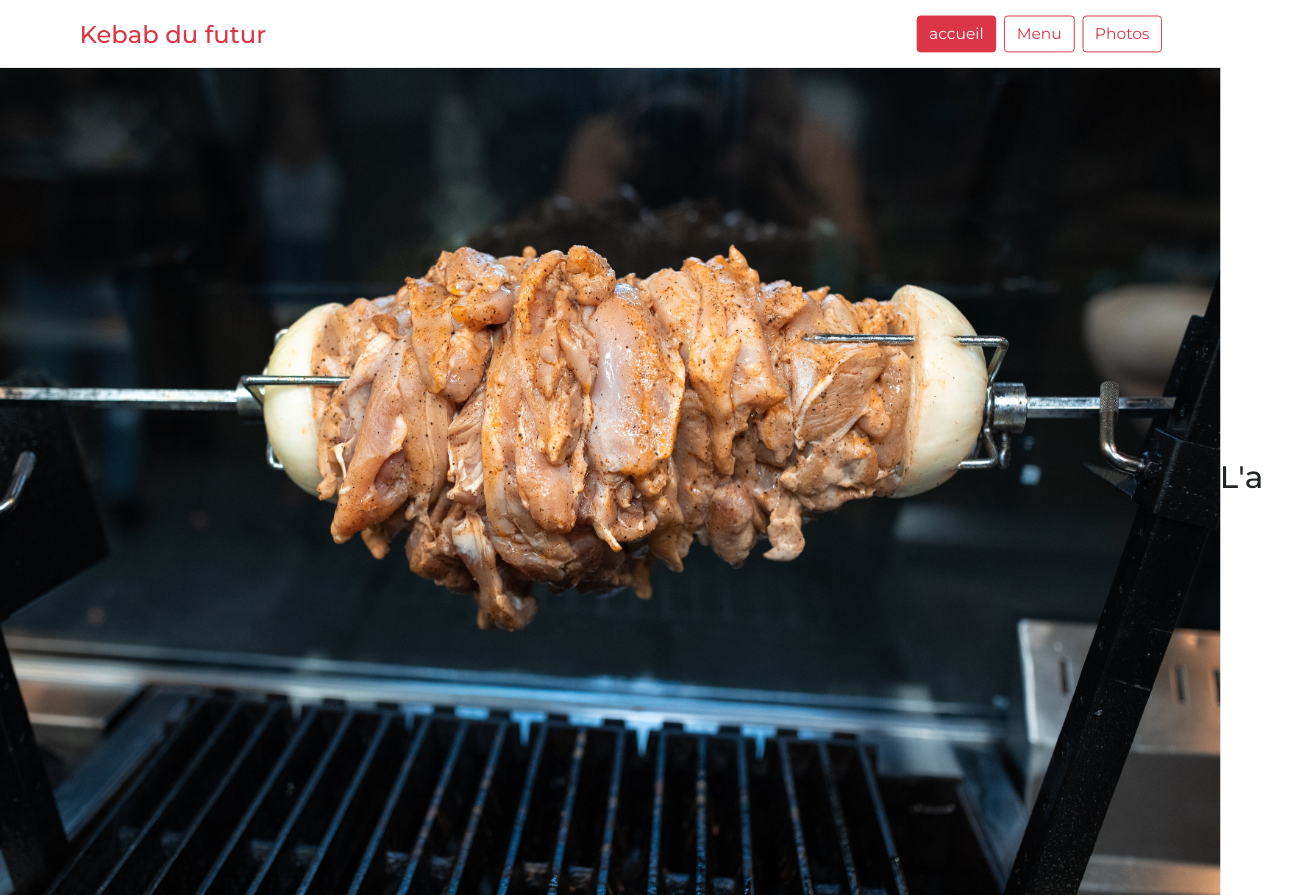
Repository: phbord/THP-js-exercices-manipulation-DOM
Page: index.html
The author's editor kept a copy of each file at every save. The page is drawn from the files as they stood at one save, then again after the next save.
The browser window is 1280 px wide. The page is 1302 px wide, then 1343 px, so the pictures cover 1343 px, including what lies to the right of the window. The pictures show the whole page, at 97% of full size.

Above is the page before, as saved 2021-07-19 11:11:18.

### index.html
<!DOCTYPE HTML>
<html lang="fr">
    <head>
        <title></title>
        <meta charset="utf-8">
        <link href="https://cdn.jsdelivr.net/npm/bootstrap@5.0.2/dist/css/bootstrap.min.css"
                rel="stylesheet"
                integrity="sha384-EVSTQN3/azprG1Anm3QDgpJLIm9Nao0Yz1ztcQTwFspd3yD65VohhpuuCOmLASjC"
                crossorigin="anonymous">
        <link rel="stylesheet" href="./styles/main.css">
    </head>
    <body>
        <!-- HEADER -->
        <header class="py-3">
            <nav class="container d-flex align-items-center justify-content-between">
                <div class="me-5" href="#">
                    <h1 class="text-danger">Kebab du futur</h1>
                </div>
                <ul class="d-flex">
                    <li class="me-2">
                        <a class="btn btn-danger" href="#">accueil</a>
                    </li>
                    <li class="me-2">
                        <a class="btn btn-outline-danger" href="#">Menu</a>
                    </li>
                    <li>
                        <a class="btn btn-outline-danger" href="#">Photos</a>
                    </li>
                </ul>
            </nav>
        </header>

        <!-- ACCUEIL -->
        <section class="d-flex justify-content-center align-items-center">
            <img src="./img/i_home.jpeg" alt="" class="img-fluid">
            <h2>L'a</h2>
        </section>

        <!-- MENU -->

        <!-- PHOTOS -->


        <!-- SCRIPTS -->
        <script src="./scripts/main.js"></script>
    </body>
</html>

### styles/main.css
@import url('https://fonts.googleapis.com/css2?family=Montserrat:wght@100;200;300;400;500;600;700;800;900&display=swap');

body {
    font-family: Montserrat;
}

ul,li {
    margin: 0;
    padding: 0;
    list-style: none;
}

header h1 {
    margin: 0;
    font-size: 25px;
}

a,button {
    -webkit-transition: all 300ms ease;
    -moz-transition: all 300ms ease;
    -ms-transition: all 300ms ease;
    -o-transition: all 300ms ease;
    transition: all 300ms ease;
}

Loaded but not shown: scripts/main.js (no copy from this time; the picture is the same without it)

After the next save:
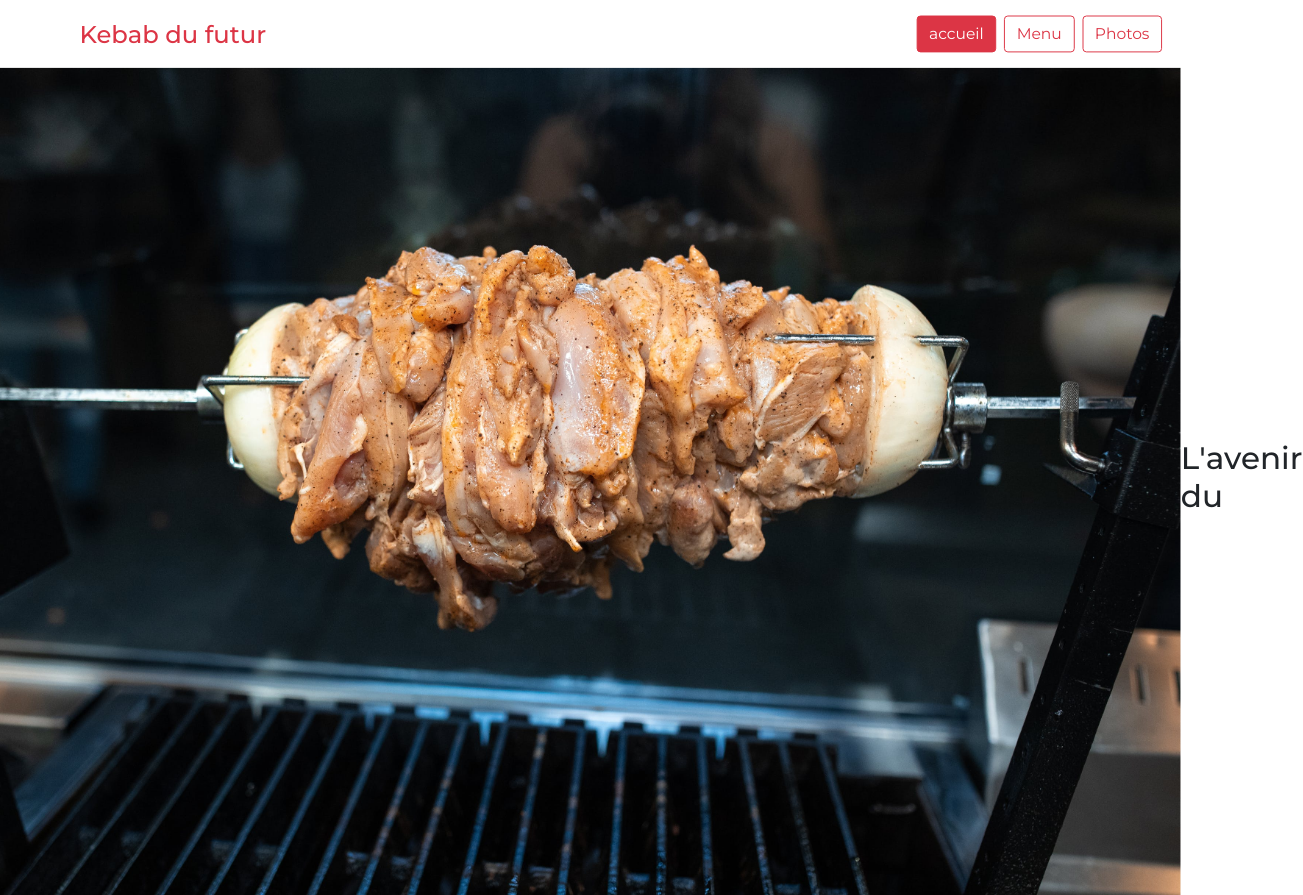
Saved 5 s later.
--- a/index.html
+++ b/index.html
@@ -33,7 +33,7 @@
         <!-- ACCUEIL -->
         <section class="d-flex justify-content-center align-items-center">
             <img src="./img/i_home.jpeg" alt="" class="img-fluid">
-            <h2>L'a</h2>
+            <h2>L'avenir du </h2>
         </section>
 
         <!-- MENU -->
